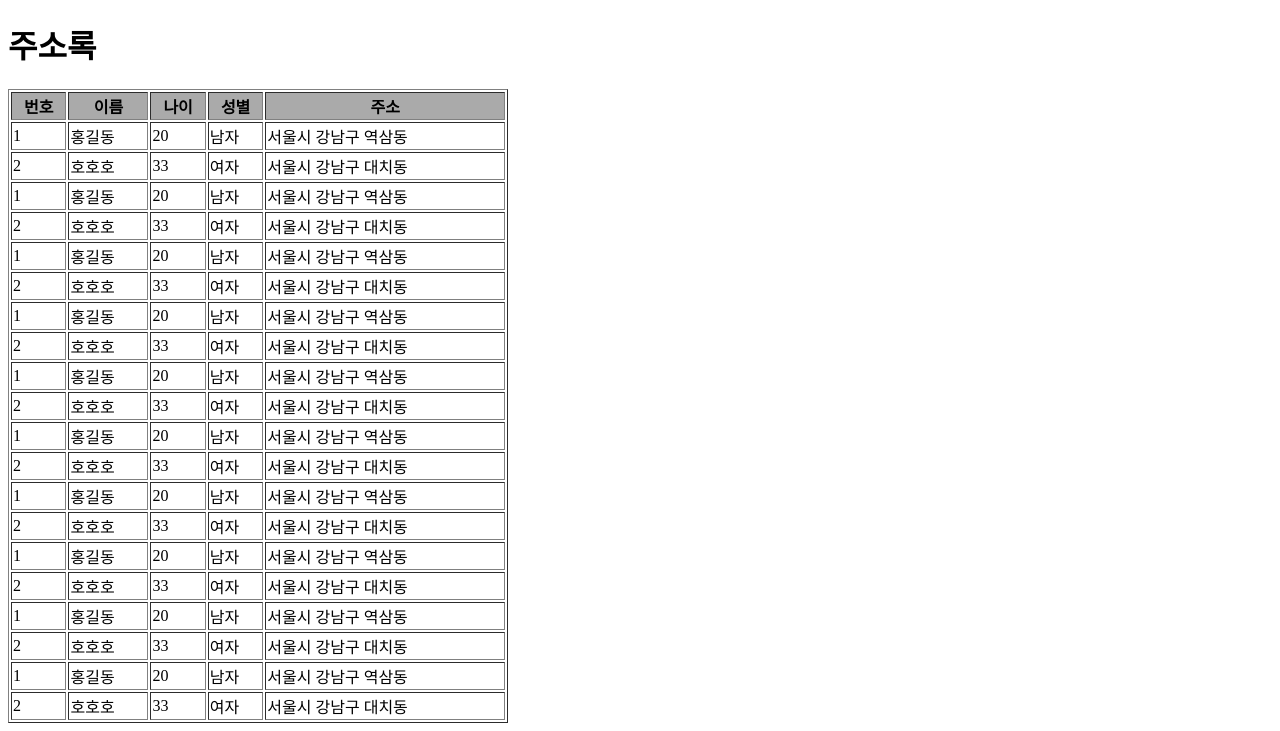
Repository: dnjs0/HCJ
Page: ClientTest/src/main/webapp/ex16_table.html
The author's editor kept a copy of each file at every save. The page is drawn from the files as they stood at one save, then again after the next save.
The browser window is 1280 px wide. The pictures show the whole page.

Above is the page before, as saved 2025-02-11 07:35:19.

After the next save:
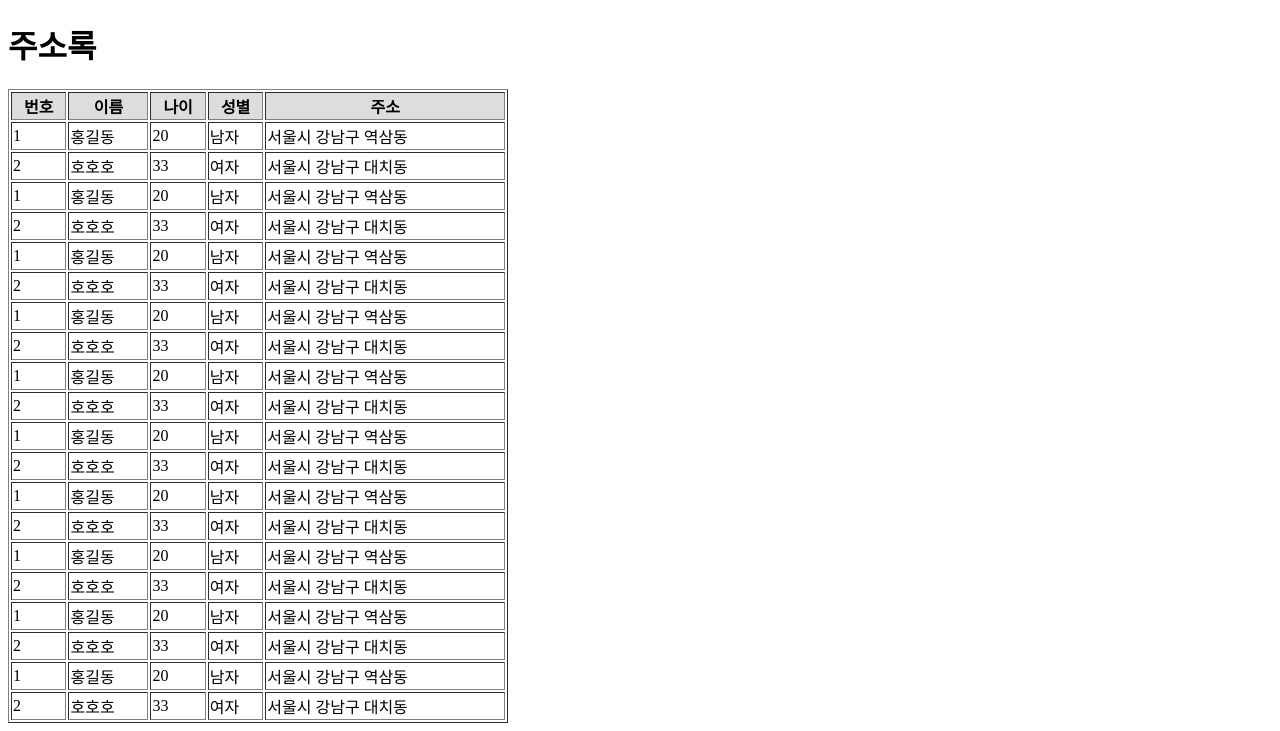
Saved 12 s later.
--- a/ClientTest/src/main/webapp/ex16_table.html
+++ b/ClientTest/src/main/webapp/ex16_table.html
@@ -9,7 +9,7 @@
     <h1>주소록</h1>
 
     <table border="1" width="500" >
-    <tr bgcolor = "#AAAAAA">
+    <tr bgcolor = "#DDDDDD">
         <td align="center"><b>번호</b></td>
         <td align="center"><b>이름</b></td>
         <td align="center"><b>나이</b></td>
